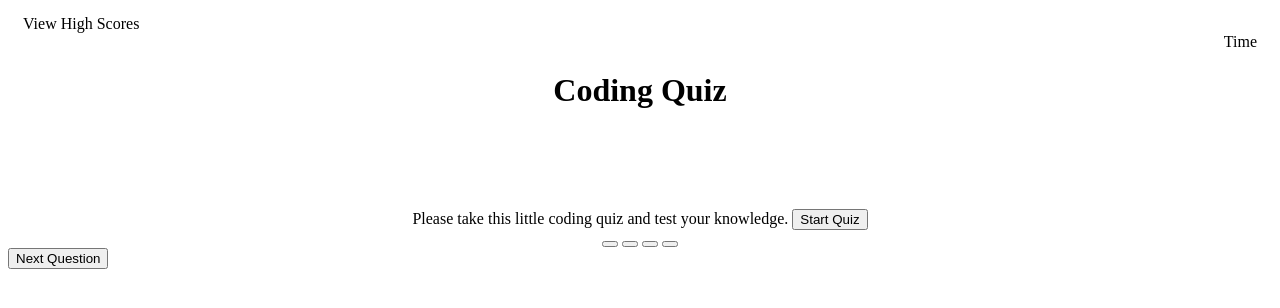
Repository: Naomilounsbury/code-quiz
Page: index.html
The author's editor kept a copy of each file at every save. The page is drawn from the files as they stood at one save, then again after the next save.
The browser window is 1280 px wide. The pictures show the whole page.

Above is the page before, as saved 2021-11-27 13:43:23.

### index.html
<!DOCTYPE html>
<html lang="en">
<head>
    <meta charset="UTF-8">
    <meta http-equiv="X-UA-Compatible" content="IE=edge">
    <meta name="viewport" content="width=device-width, initial-scale=1.0">
    <title>Code Quiz</title>
    <link rel="stylesheet" href="./assets/css/styles.css">
</head>
<body>
    <!-- basic words on the page, how do i get stuff inline? -->
 <header>
    <div class="high-scores">
     View High Scores
 </div>
 <!-- oh god I have to actually figure out how to do a timer -->
 <div class="time">
     Time
 </div>
 <h1 class="title">Coding Quiz</h1>
</header>
<!-- I then created a div element to introduce, maybe I'll add more to it later -->
 <div>

     Please take this little coding quiz and test your knowledge.
     <!-- I connected the button to the javascrpt woohoo -->
     <button onclick="onStartQuiz()">
         Start Quiz
     </button>
 </div>
 <!-- here is the quiz -->
 <form id="questions-form">
 <div id="question" class="question" >
    <!-- do i even need classes here? I know I will have to get buttons by id to be able to talk to them -->
     <button class="a" id="a" >
     </button>
     <button class="b" id="b">
     </button>
     <button class="c" id="c">
     </button>
     <button class="d" id="d">
     </button>


 </div>
 <button onclick="nextQuestion()">
        Next Question
</button>
</form>
<script src="./assets/js/script.js"></script>
</body>
</html>

### assets/css/styles.css
header {
    margin: 10px;
    padding: 5px;
    text-decoration-color: black;

}
.high-scores{
    text-align: left;
}
.time{
    text-align: right;
}
h1{
    height: 100px;
    text-align: center;

}
div{
    text-align: center;
}

### assets/js/script.js

//I want to create an onclick function eventually
//so I'm creating my function
var onStartQuiz = function(){
    //when the quiz starts it grabs the first object in the array
    var currentQuestion = questions[0];
    //its going into the html and taking the div clas question and setting the value equal to the current question
    document.getElementById("question").innerText = currentQuestion.question

    //I dont know why these arent working and I'm crying
    // document.getElementById("button a").innerHTML = currentQuestion.a
    // document.getElementById("button b").innerHTML = currentQuestion.b
    // document.getElementById("button c").innerHTML = currentQuestion.c
    // document.getElementById("button d").innerHTML = currentQuestion.d
//create a separate onclick that changes the current question to something else
//create a next question button that will go on to the next question and save your answer
   console.log("hello")
}
//making an array of questions
var questions = [
    {
        //right now the key question is a string
        question: "To create an array, what kid of brackets are used?",
        answer: "a",
        a: "square brackets",
        b: "angle brackets",
        c: "curly brackets",
        d: "parentheses",
        //an array holds a list of items and since each question is an object we need a fucking comma
    },
    {
        question: "how do you create a branch with github?",
        answer: "b",
        a: "git push",
        b: "git branch",
        c: "git checkout",
        d: "git commit",
    },
    {
        question: "To create an array, what kid of brackets are used?",
        answer: "a",
        a: "square brackets",
        b: "angle brackets",
        c: "curly brackets",
        d: "parentheses",

    }
]

After the next save:
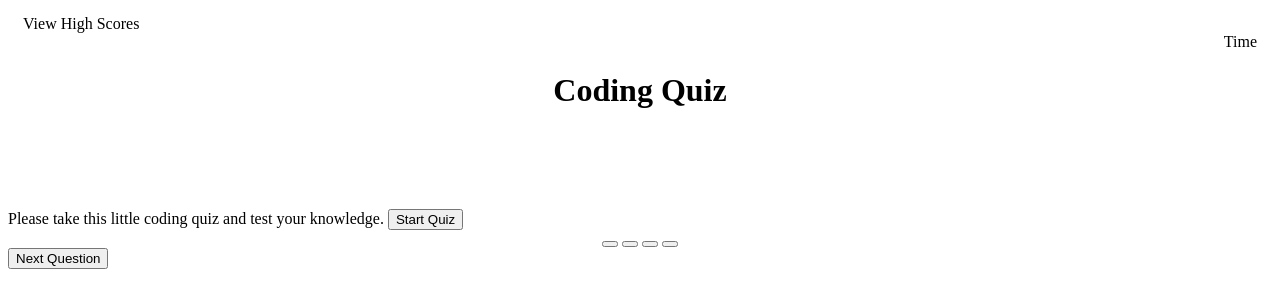
Saved 57 s later.
--- a/assets/css/styles.css
+++ b/assets/css/styles.css
@@ -15,6 +15,6 @@ h1{
     text-align: center;
 
 }
-div{
+.question{
     text-align: center;
 }
